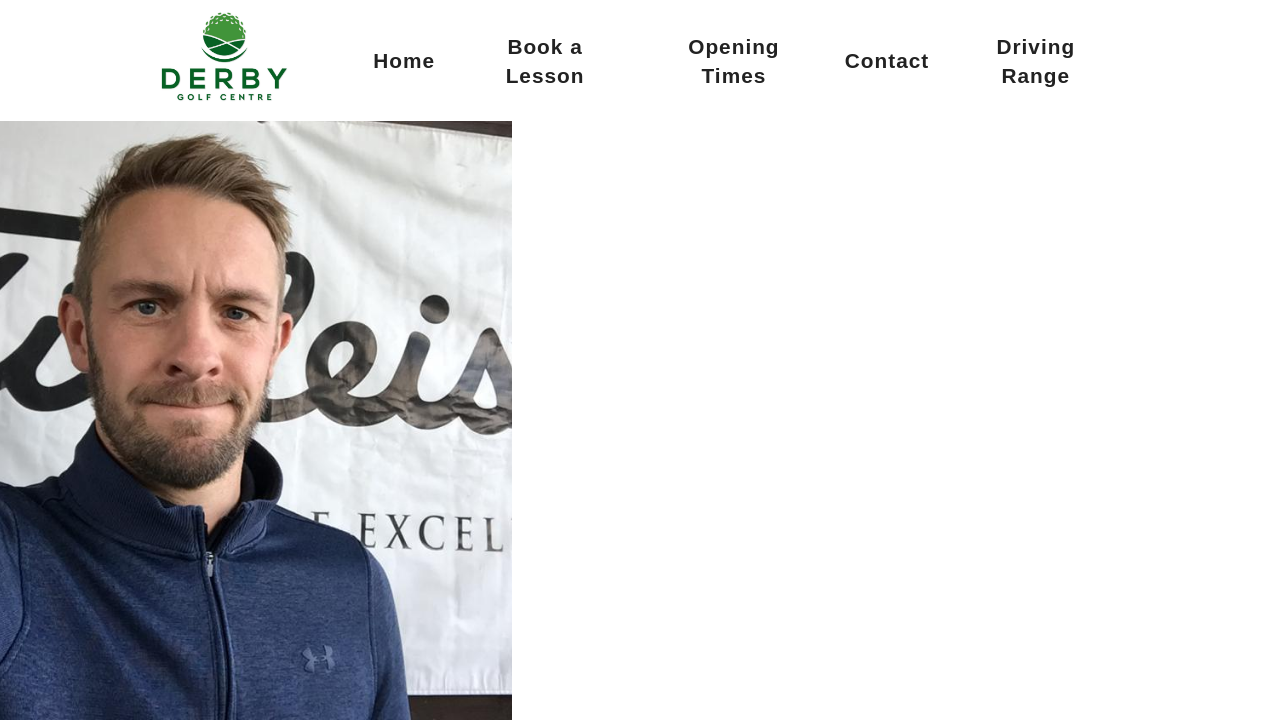
Repository: frankinstyyn/nigeljamesconsulting
Page: /lesson
An editor plug-in stored every save of this project. The page is shown before and after the next save, followed by the edit.
The browser window is 1280 px wide. The pictures show the whole page.
Some web fonts or font styles are not loaded; a fallback is used. The project was rebuilt for these pictures with package versions that can differ from the ones it lists, and the page was loaded fresh each time. Also part of the build but not shown: src/components/Banner.js, src/pages/Home.js, src/pages/SingleRoom.js, src/pages/Error.js.

Above is the page before, as saved 2021-01-07 22:59:42.

### public/index.html
<!DOCTYPE html>
<html lang="en">
  <head>
    <meta charset="utf-8" />
    <link rel="icon" href="%PUBLIC_URL%/favicon.ico" />
    <meta name="viewport" content="width=device-width, initial-scale=1" />
    <meta name="theme-color" content="#000000" />
    <meta
      name="description"
      content="Web site created using create-react-app"
    />
    <link rel="apple-touch-icon" href="%PUBLIC_URL%/logo192.png" />
    <!--
      manifest.json provides metadata used when your web app is installed on a
      user's mobile device or desktop. See https://developers.google.com/web/fundamentals/web-app-manifest/
    -->
    <link rel="manifest" href="%PUBLIC_URL%/manifest.json" />
    <!--
      Notice the use of %PUBLIC_URL% in the tags above.
      It will be replaced with the URL of the `public` folder during the build.
      Only files inside the `public` folder can be referenced from the HTML.

      Unlike "/favicon.ico" or "favicon.ico", "%PUBLIC_URL%/favicon.ico" will
      work correctly both with client-side routing and a non-root public URL.
      Learn how to configure a non-root public URL by running `npm run build`.
    -->
    <title>Derby Golf Centre</title>
  </head>
  <body>
    <noscript>You need to enable JavaScript to run this app.</noscript>
    <div id="root"></div>
    <!--
      This HTML file is a template.
      If you open it directly in the browser, you will see an empty page.

      You can add webfonts, meta tags, or analytics to this file.
      The build step will place the bundled scripts into the <body> tag.

      To begin the development, run `npm start` or `yarn start`.
      To create a production bundle, use `npm run build` or `yarn build`.
    -->
  </body>
</html>

### src/index.js
import React from "react";
import ReactDOM from "react-dom";
import "./index.css";
import { BrowserRouter as Router } from "react-router-dom";
import App from "./App";
import reportWebVitals from "./reportWebVitals";

ReactDOM.render(
  <Router>
    <App />
  </Router>,
  document.getElementById("root")
);

// If you want to start measuring performance in your app, pass a function
// to log results (for example: reportWebVitals(console.log))
// or send to an analytics endpoint. Learn more: https://bit.ly/CRA-vitals
reportWebVitals();

### src/index.css
@import url("https://fonts.googleapis.com/css2?family=Darker+Grotesque:wght@300;800&display=swap");

body {
  margin: 0;
  font-family: -apple-system, BlinkMacSystemFont, "Segoe UI", "Roboto", "Oxygen",
    "Ubuntu", "Cantarell", "Fira Sans", "Droid Sans", "Helvetica Neue",
    sans-serif;
  -webkit-font-smoothing: antialiased;
  -moz-osx-font-smoothing: grayscale;
}

code {
  font-family: source-code-pro, Menlo, Monaco, Consolas, "Courier New",
    monospace;
}

### src/App.js
import "./App.css";
import Home from "./pages/Home";
import Lesson from "./pages/Lesson";
import SingleRoom from "./pages/SingleRoom";
import Error from "./pages/Error";

import { Route, Switch } from "react-router-dom";

import Navbar from "./components/Navbar";

function App() {
  return (
    <>
      <Navbar />
      <Switch>
        <Route exact path="/" component={Home} />
        <Route exact path="/lesson" component={Lesson} />
        <Route exact path="/lesson/:slug" component={SingleRoom} />
        <Route component={Error} />
      </Switch>
    </>
  );
}

export default App;

### src/App.css
* {
  margin: 0;
  padding: 0;
  box-sizing: border-box;
  font-family: "Darker Grotesque", sans-serif;
}
:root {
  --primaryColor: #1c6435;
  --mainWhite: #fff;
  --offWhite: #f7f7f7;
  --mainBlack: #222;
  --mainGrey: #ececec;
  --darkGrey: #cfcfcf;
  --mainTransition: all 0.3s linear;
  --mainSpacing: 1px;
  --lightShadow: 2px 5px 3px 0px rgba(0, 0, 0, 0.5);
  --darkShadow: 4px 10px 5px 0px rgba(0, 0, 0, 0.5);
}
/* globals */
body {
  padding-top: 66px;
  color: var(--mainBlack);
  background: var(--mainWhite);
  font-family: Verdana, Geneva, Tahoma, sans-serif;
  line-height: 1.4;
}
h1 {
  font-size: 3em;
  line-height: 1;
  margin-bottom: 0.5em;
}
h2 {
  font-size: 2em;
  margin-bottom: 0.75em;
}
h3 {
  font-size: 1.5em;
  line-height: 1;
  margin-bottom: 1em;
}
h4 {
  font-size: 1.2em;
  line-height: 1.25;
  margin-bottom: 1.25em;
}
h5 {
  font-size: 1em;
  font-weight: bold;
  margin-bottom: 1.5em;
}
h6 {
  font-size: 1em;
  font-weight: bold;
  margin-bottom: 1.5em;
}

.btn-primary {
  display: inline-block;
  text-decoration: none;
  letter-spacing: var(--mainSpacing);
  color: var(--mainWhite);
  background: var(--primaryColor);
  padding: 0.4rem 0.9rem;
  border: 3px solid var(--primaryColor);
  transition: var(--mainTransition);
  /* text-transform: uppercase; */
  cursor: pointer;
  width: 200px;
  font-size: 25px;
}
.btn-primary:hover {
  background: transparent;
  color: var(--primaryColor);
}
.loading {
  text-transform: capitalize;
  text-align: center;
  margin-top: 3rem;
}
.error {
  text-align: center;
  text-transform: uppercase;
  margin: 2rem 0;
}
.empty-search {
  text-align: center;
  text-transform: capitalize;
  margin: 2rem 0;
  padding: 1rem;
  letter-spacing: var(--mainSpacing);
}
/* end of globals */
/* Navbar */
.logo {
  height: 91px;
}
.navbar {
  position: fixed;
  top: 0;
  left: 0;
  width: 100%;
  padding: 0.75rem 2rem;
  background: var(--mainWhite);
  z-index: 1;
  display: inline-block;
  vertical-align: middle;
  text-align: center;
}
.nav-header {
  display: flex;
  justify-content: space-between;
}
.nav-btn {
  background: transparent;
  border: none;
  cursor: pointer;
  outline: none;
  color: red;
}
.nav-icon {
  font-size: 1.5rem;
  color: var(--primaryColor);
}
.nav-links {
  height: 0;
  overflow: hidden;
  transition: var(--mainTransition);
  list-style-type: none;
  align-items: center;
}
.nav-links a {
  display: block;
  text-decoration: none;
  padding: 1rem;
  color: var(--mainBlack);
  transition: var(--mainTransition);
  text-align: center;
  font-size: 1.3rem;
  font-weight: 600;
  letter-spacing: var(--mainSpacing);
}
.nav-links a:hover {
  color: var(--mainWhite);
  background: var(--primaryColor);
}

.show-nav {
  height: 100px;
}
@media screen and (min-width: 1028px) {
  .nav-btn {
    display: none;
  }
  .nav-center {
    max-width: 1170px;
    margin: 0 10%;
    display: flex;
  }
  .nav-links {
    height: auto;
    display: flex;
    margin-left: 4rem;
  }
  .nav-links a {
    /* margin: 0 1rem; */
    padding: 1rem;
  }
}
/* end of navbar */
/* Hero */
.defaultHero,
.roomsHero {
  min-height: calc(100vh - 66px);
  background: url("./images/defaultBcg.jpeg") center/cover no-repeat;
  display: flex;
  align-items: center;
  justify-content: center;
}
.roomsHero {
  background-image: url("./images/room-2.jpeg");
  /* min-height: 60vh; */
  width: 40%;
}
/* End of Hero */
/* Banner */
.banner {
  display: inline-block;
  background: rgba(0, 0, 0, 0.5);
  color: var(--mainWhite);
  padding: 2rem 1rem;
  text-align: center;
  text-transform: capitalize;
  letter-spacing: var(--mainSpacing);
}
.banner h1 {
  font-size: 2.5rem;
}
.banner div {
  width: 10rem;
  height: 5px;
  background: var(--primaryColor);
  margin: 1.7rem auto;
}
.banner p {
  font-size: 1.8rem;
  margin-bottom: 2rem;
}
@media screen and (min-width: 576px) {
  .banner {
    padding: 2rem 3rem;
  }
  .banner h1 {
    font-size: 3rem;
  }
}
@media screen and (min-width: 992px) {
  .banner {
    padding: 2rem 6rem;
  }
  .banner h1 {
    font-size: 4rem;
  }
}
/* End of Banner */
/* Title */
.section-title {
  text-align: center;
  margin-bottom: 4rem;
}
.section-title h4 {
  font-size: 2rem;
  letter-spacing: var(--mainSpacing);
  text-transform: capitalize;
  margin-bottom: 1rem;
}
.section-title div {
  width: 5rem;
  height: 5px;
  margin: 0 auto;
  background: var(--primaryColor);
}
/* end of Title */

/* services */
.services {
  padding: 5rem 0;
}
.services {
  background: var(--darkGrey);
  text-align: center;
}
.services-center {
  width: 90vw;
  margin: 0 auto;
  display: grid;
  grid-template-columns: repeat(auto-fit, minmax(255px, 1fr));
  grid-row-gap: 2rem;
  grid-column-gap: 50px;
}
.service span {
  display: inline-block;
  color: var(--primaryColor);
  font-size: 2.5rem;
  margin-bottom: 1.5rem;
}
.services h6 {
  letter-spacing: var(--mainSpacing);
}
.services p {
  width: 80%;
  margin: 0 auto;
}
@media screen and (min-width: 992px) {
  .services-center {
    width: 95vw;
    max-width: 1170px;
  }
}

@media screen and (min-width: 1200px) {
  .services p {
    width: 100%;
  }
}
/*end of services */
/* featured rooms */

.featured-rooms {
  padding: 5rem 0;
}
.featured-rooms-center {
  width: 80vw;
  margin: 0 auto;
  display: grid;
  grid-template-columns: repeat(auto-fit, minmax(270px, 1fr));
  grid-row-gap: 2rem;
  grid-column-gap: 40px;
}
@media screen and (min-width: 776px) {
  .featured-rooms-center {
    width: 90vw;
    grid-template-columns: repeat(auto-fit, minmax(330px, 1fr));
  }
}
@media screen and (min-width: 992px) {
  .featured-rooms-center {
    width: 95vw;
    max-width: 1170px;
  }
}
/* end pf featured rooms */
/* room */
.room {
  box-shadow: var(--lightShadow);
  transition: var(--mainTransition);
}
.room:hover {
  box-shadow: var(--darkShadow);
}

.img-container {
  position: relative;
}
.img-container img {
  width: 100%;
  display: block;
  transition: var(--mainTransition);
}
.price-top {
  position: absolute;
  top: 0;
  left: 0;
  background: rgba(0, 0, 0, 0.8);
  color: var(--mainWhite);
  padding: 0.3rem 0.6rem 0.5rem;
  border-bottom-right-radius: 1rem;
  font-size: 0.5rem;
  text-align: center;
  transition: var(--mainTransition);
}
.price-top h6 {
  margin-bottom: 0;
  font-size: 0.9rem;
  font-weight: 300;
  letter-spacing: var(--mainSpacing);
}
.room-link {
  position: absolute;
  top: 50%;
  left: 50%;
  transform: scale(0);
  transition: all 0.3s linear;
}
.img-container:hover {
  background: rgba(0, 0, 0, 0.8);
}
.img-container:hover img {
  opacity: 0.3;
}
.img-container:hover .price-top {
  opacity: 0;
}
.img-container:hover .room-link {
  transform: translate(-50%, -50%) scale(1);
}
.room-info {
  background: var(--darkGrey);
  text-transform: capitalize;
  padding: 0.5rem 0;
  text-align: center;
  font-weight: 700;
  letter-spacing: var(--mainSpacing);
}
/* end of room  */
/* single room*/

.single-room {
  padding: 5rem 0 0 0;
}
.single-room-images {
  width: 80vw;
  margin: 0 auto;
  display: grid;
  grid-template-columns: repeat(auto-fit, minmax(350px, 1fr));
  grid-row-gap: 2rem;
  grid-column-gap: 50px;
}
.single-room-images img {
  width: 100%;
  display: block;
}
.single-room-info {
  width: 80vw;
  display: grid;
  grid-template-columns: 1fr;
  margin: 2rem auto;
}
.desc,
.info {
  margin: 1rem 0;
}
.desc h3 {
  text-transform: capitalize;
  letter-spacing: var(--mainSpacing);
}
.desc p {
  line-height: 1.5;
}
.info h3,
.info h6 {
  text-transform: capitalize;
  letter-spacing: var(--mainSpacing);
}

.info h6 {
  font-weight: 300;
}
.room-extras {
  width: 80vw;
  margin: 0 auto 3rem auto;
}
.room-extras h6 {
  text-transform: capitalize;
  letter-spacing: var(--mainSpacing);
}
.extras {
  list-style-type: none;
  display: grid;
  grid-template-columns: repeat(auto-fit, minmax(330px, 1fr));
  grid-column-gap: 2rem;
  grid-row-gap: 1rem;
}
@media screen and (min-width: 992px) {
  .single-room-images,
  .single-room-info,
  .room-extras {
    width: 95vw;
    max-width: 1170px;
  }
  .single-room-info {
    display: grid;
    grid-template-columns: 1fr 1fr;
    grid-column-gap: 2rem;
  }
  .info {
    padding-left: 3rem;
  }
}
/* end of single room*/
/* roomlist */
.roomslist {
  padding: 5rem 0;
}
.roomslist-center {
  width: 80vw;
  margin: 0 auto;
  display: grid;
  grid-template-columns: repeat(auto-fill, minmax(270px, 1fr));
  grid-row-gap: 2rem;
  grid-column-gap: 30px;
}

@media screen and (min-width: 776px) {
  .roomslist-center {
    width: 90vw;
  }
}
@media screen and (min-width: 992px) {
  .roomslist-center {
    width: 95vw;
    max-width: 1170px;
  }
}
/* end of roomlist */
/*  rooms fitler*/
.filter-container {
  padding: 5rem 0;
}
.filter-form {
  width: 60vw;
  margin: 0 auto;
  display: grid;
  grid-template-columns: repeat(auto-fit, minmax(202px, 1fr));
  grid-row-gap: 2rem;
  grid-column-gap: 40px;
}
.form-group {
  text-transform: capitalize;
}
.form-group label {
  display: block;
  letter-spacing: var(--mainSpacing);
  margin-bottom: 0.5rem;
}
.form-control {
  width: 100%;
  background: transparent;
  font-size: 1rem;
}
.size-inputs {
  display: flex;
}
.size-input {
  width: 40%;
  padding: 0.2rem;
  border: 1px solid var(--mainBlack);
  border-radius: 0.3rem;
  margin-right: 0.3rem;
}
.single-extra label {
  display: inline-block;
  font-size: 0.8rem;
  margin-left: 0.5rem;
}
@media screen and (min-width: 776px) {
  .filter-form {
    width: 70vw;
  }
}
@media screen and (min-width: 992px) {
  .filter-form {
    width: 95vw;
    max-width: 1170px;
  }
}
/* end of rooms fitler*/

### src/pages/Lesson.js
import React from "react";
import Hero from "../components/Hero"

const Rooms = () => {
  return <Hero hero="roomsHero" />
};

export default Rooms;

### src/components/Navbar.js
import React, { Component } from "react";
import { IoGolf } from "react-icons/io5";
import logo from "../images/sdrlogo.jpeg";
import { FaAlignRight } from "react-icons/fa";
import { Link } from "react-router-dom";

export default class Navbar extends Component {
  state = {
    isOpen: false,
  }
  handleToggle = () => {
    this.setState({ isOpen: !this.state.isOpen });
  }
  render() {
    return <nav className="navbar">
      <div class="nav-center">
        <div class="nav-header">
          <Link to="/">
            <img className="logo" src={logo} alt="Derby Golf Centre" />
          </Link>
          <button type="button" className="nav-btn" onClick={this.handleToggle}>
            <FaAlignRight className="nav-icon" />
          </button>
        </div>
        <ul className={this.state.isOpen ? "nav-links show-nav" : "nav-links"}>
          <li>
            <Link to="/">Home</Link>
          </li>
          <li>
            <Link to="/lesson">Book a Lesson</Link>
          </li>
          <li>
            <Link to="/opening-times">Opening Times</Link>
          </li>
          <li>
            <Link to="/contact">Contact</Link>
          </li>
          <li>
            <Link to="/driving-range">Driving Range</Link>
          </li>
        </ul>
      </div>
    </nav>;
  }
}

### src/components/Hero.js
import React from 'react'

export default function Hero({children, hero}) {
    return (
        <header className={hero}>{children}</header>
    )
}

Loaded but not shown: src/reportWebVitals.js (common file)

After the next save:
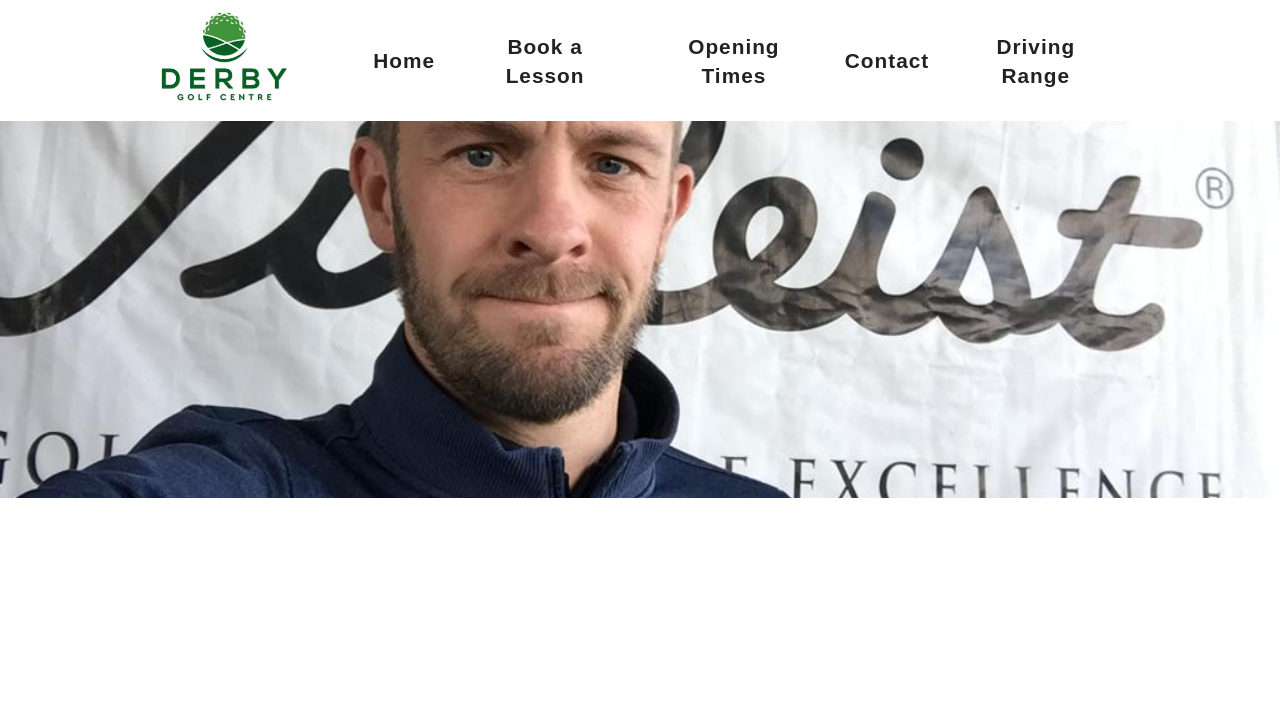
Saved 19 s later.
--- a/src/App.css
+++ b/src/App.css
@@ -178,8 +178,7 @@
 }
 .roomsHero {
   background-image: url("./images/room-2.jpeg");
-  /* min-height: 60vh; */
-  width: 40%;
+  min-height: 60vh;
 }
 /* End of Hero */
 /* Banner */
